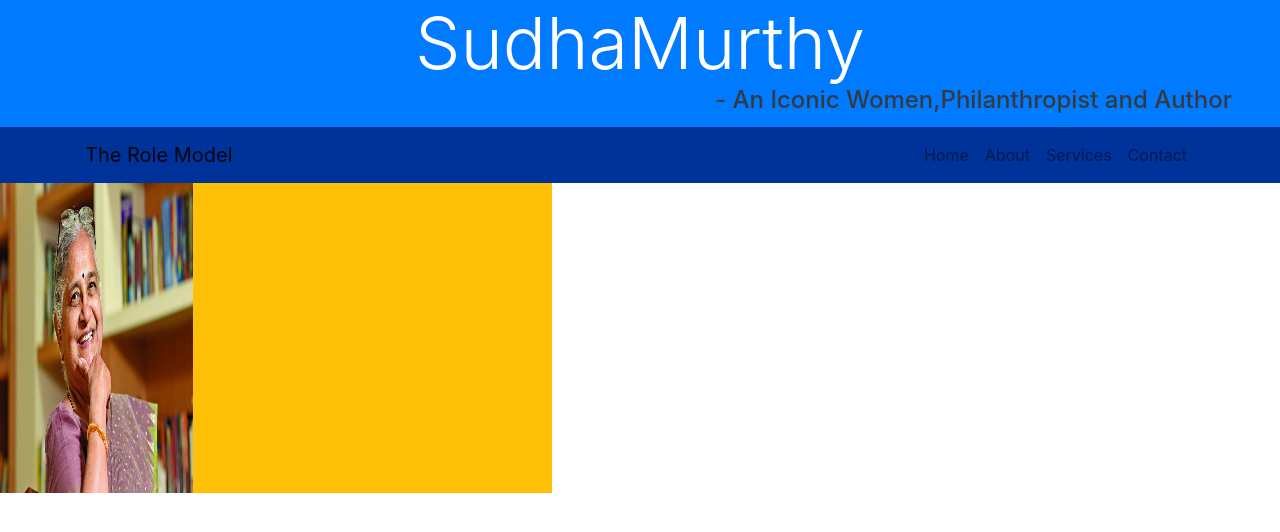
Repository: sumanthr18/RoleModel
Page: index.html
An editor plug-in stored every save of this project. The page is shown before and after the next save, followed by the edit.
The browser window is 1280 px wide. The pictures show the whole page.

Above is the page before, as saved 2020-03-14 16:57:22.

### index.html
<!DOCTYPE html>
<html lang="en">
<head>
    <meta charset="UTF-8">
    <meta name="viewport" content="width=device-width, initial-scale=1.0">
    <title>SudhaMurthy</title>
    <link rel="stylesheet" href="https://stackpath.bootstrapcdn.com/bootstrap/4.4.1/css/bootstrap.min.css" integrity="sha384-Vkoo8x4CGsO3+Hhxv8T/Q5PaXtkKtu6ug5TOeNV6gBiFeWPGFN9MuhOf23Q9Ifjh" crossorigin="anonymous">
</head>
<body>
    <header class="bg-primary pb-1">
        <h1 class="display-3 text-center my-0 text-white ">SudhaMurthy</h1>
        <h4 class="text-right mr-5 text-dark">- An Iconic Women,Philanthropist and Author</h4>
    </header>
    <nav style="background-color: #003399;" class="navbar navbar-expand-sm navbar-light mb-0">
        <div class="container">
            <a class="navbar-brand " href="#">The Role Model</a>
            <button class="navbar-toggler" data-toggle="collapse" data-target="#navbarNav">
                <span class="navbar-toggler-icon"></span>
            </button>
            <div class="collapse navbar-collapse" id="navbarNav">
                <ul class="navbar-nav ml-auto">
                    <li class="nav-item">
                        <a class="nav-link" href="#">Home</a>
                    </li>
                    <li class="nav-item">
                        <a class="nav-link" href="#">About</a>
                    </li>
                    <li class="nav-item">
                        <a class="nav-link" href="#">Services</a>
                    </li>
                    <li class="nav-item">
                        <a class="nav-link" href="#">Contact</a>
                    </li>
                </ul>
            </div>
        </div>
    </nav>
    <div class="d-inline-block bg-warning">
        <img style="width:35%;height:310px" src="Sudha_Murty_1-update.jpg">

    </div>
</body>
</html>

After the next save:
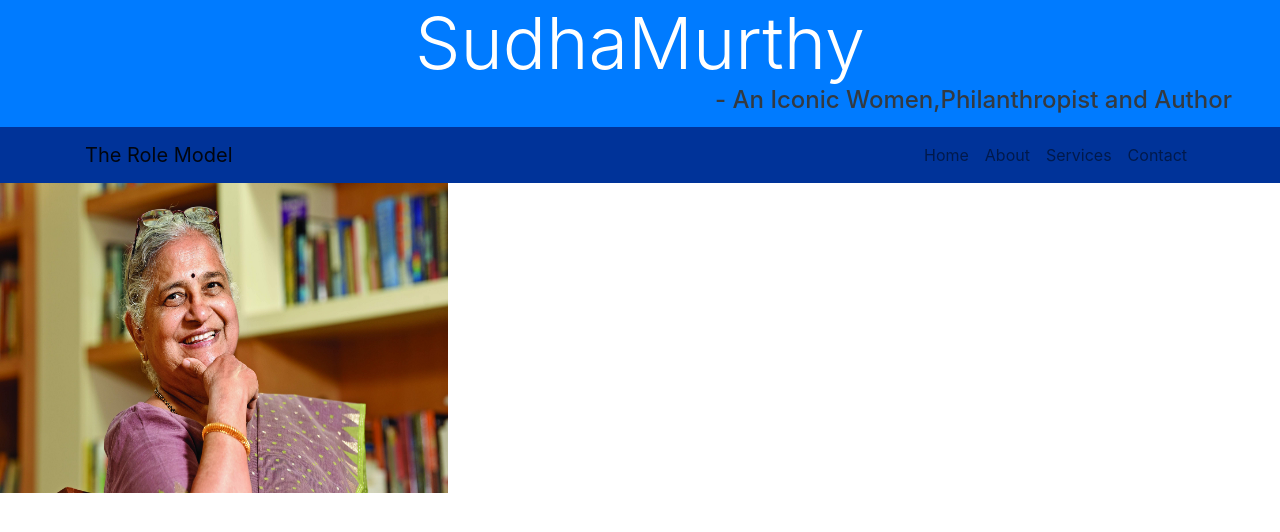
Saved 19 s later.
--- a/index.html
+++ b/index.html
@@ -35,7 +35,7 @@
             </div>
         </div>
     </nav>
-    <div class="d-inline-block bg-warning">
+    <div class="d-inline bg-warning">
         <img style="width:35%;height:310px" src="Sudha_Murty_1-update.jpg">
 
     </div>
